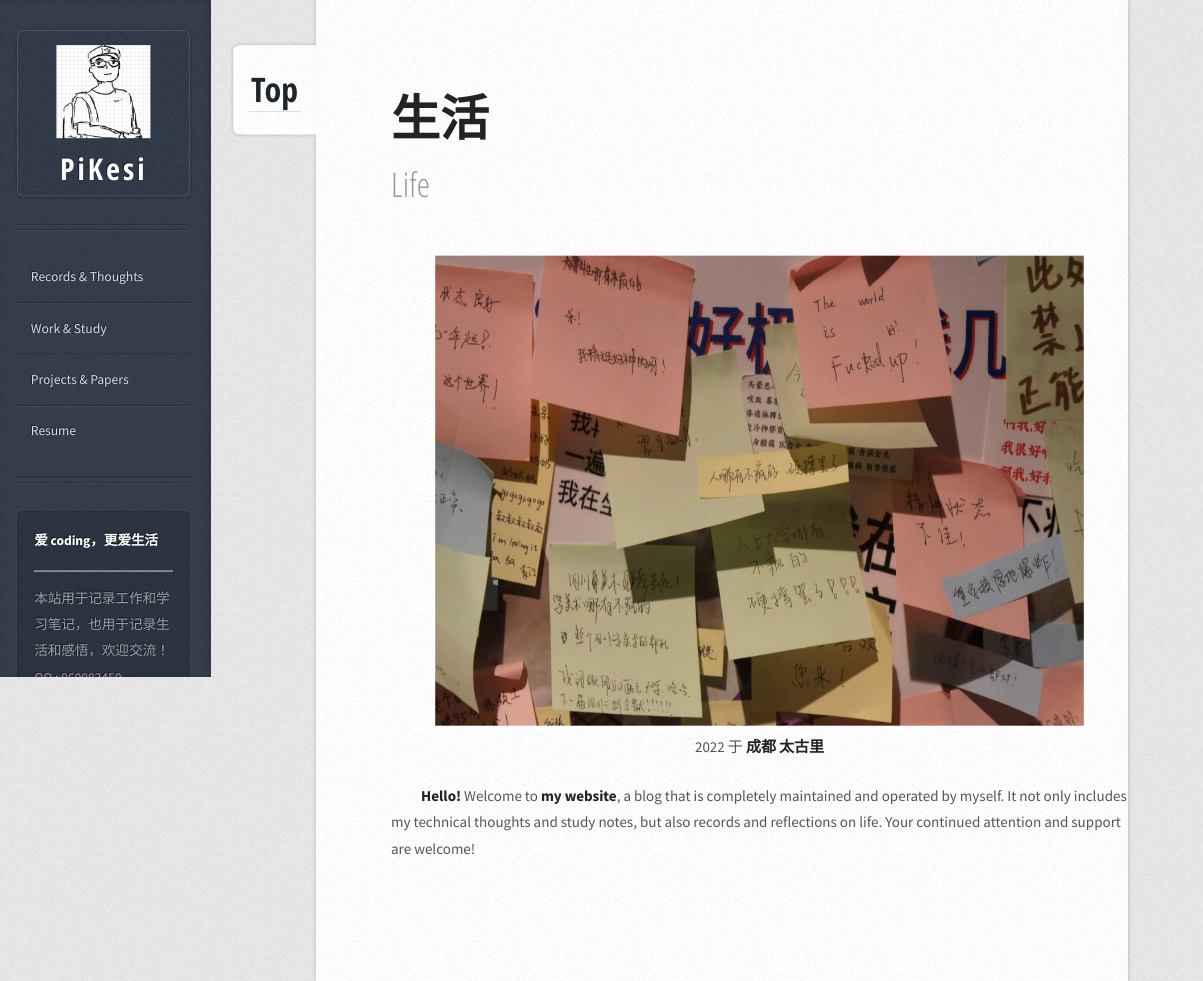
Repository: PiKesi522/PiKesi522.github.io
Page: index.html
These files come from the project's save history. The page is drawn as it stood at one moment and after the next save; the edit follows.
The browser window is 1280 px wide. The pictures show the whole page, at 94% of full size.

Above is the page before, as saved 2023-04-11 11:38:34.

After the next save:
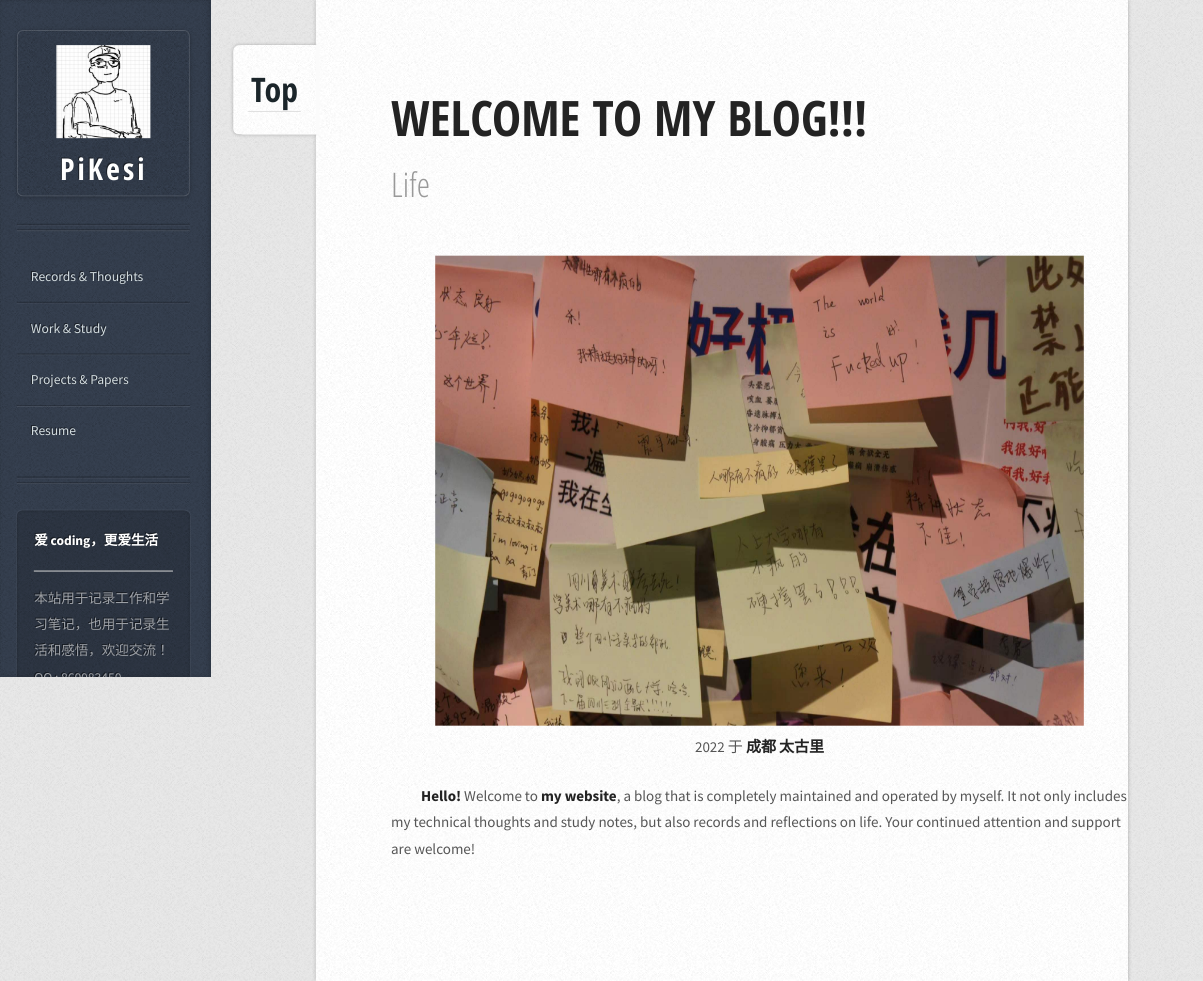
Saved 38 s later.
--- a/index.html
+++ b/index.html
@@ -27,7 +27,7 @@
 						if they get too long. You can also remove the <p> entirely if you don't
 						need a subtitle.
 								-->
-					<h2><a href="#">生活</a></h2>
+					<h2><a href="#">WELCOME TO MY BLOG!!!</a></h2>
 					<p>Life</p>
 				</header>
 				<div class="info">
